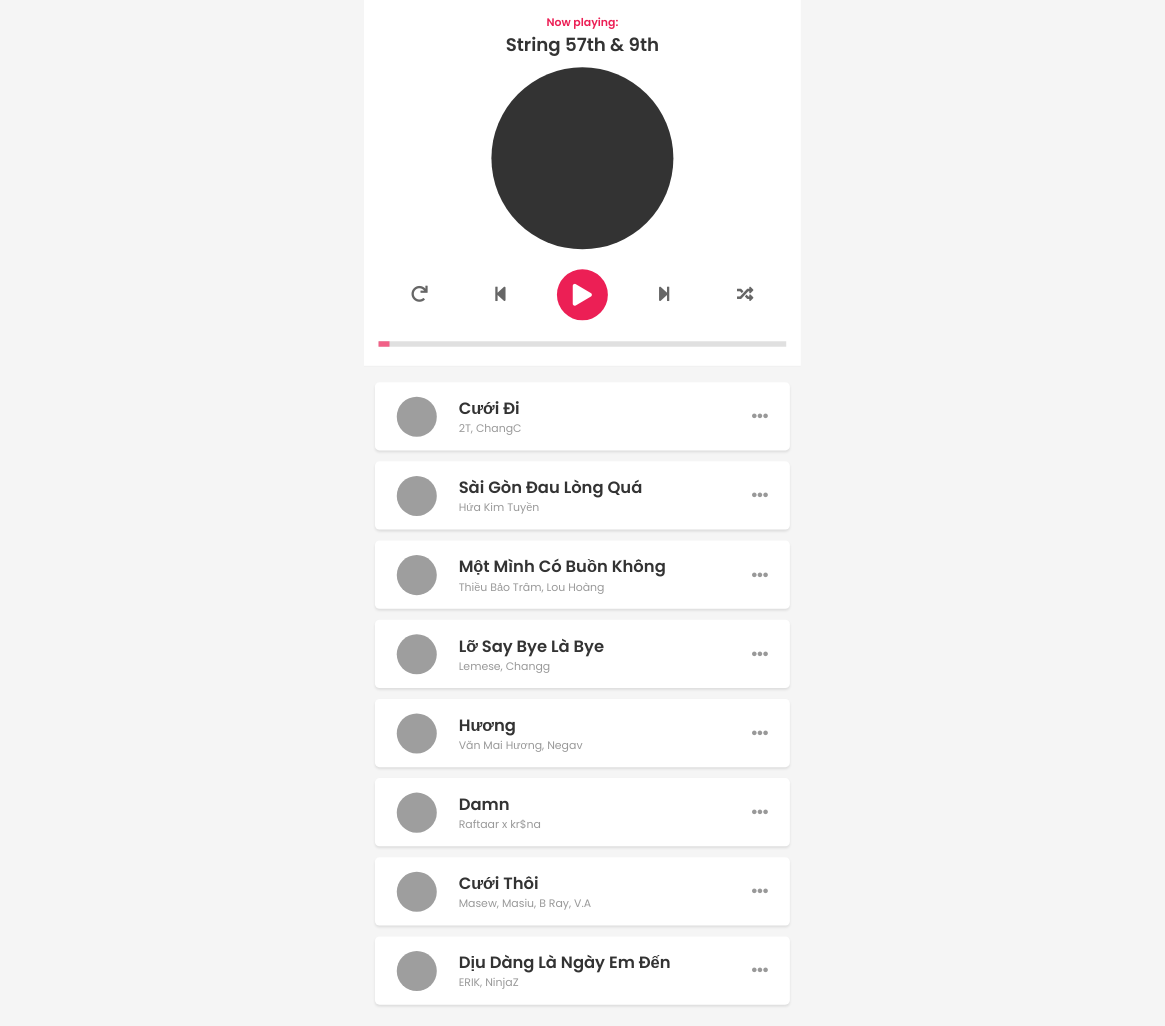
Repository: esplen74/Music
Page: music.html
These files come from the project's save history. The page is drawn as it stood at one moment and after the next save; the edit follows.
The browser window is 1280 px wide. The pictures show the whole page, at 91% of full size.
Pictures or frames that could not be fetched are drawn as grey boxes.

Above is the page before, as saved 2021-11-09 10:05:37.

### music.html
<!DOCTYPE html>
<html lang="en">
  <head>
    <meta charset="UTF-8" />
    <meta http-equiv="X-UA-Compatible" content="IE=edge" />
    <meta name="viewport" content="width=device-width, initial-scale=1.0" />
    <title>music</title>
    <link rel="stylesheet" href="music.css" />
  </head>
  <body>
    <meta name="viewport" content="width=device-width, initial-scale=1.0" />
    <title>Music player</title>
    <link
      rel="stylesheet"
      href="https://cdnjs.cloudflare.com/ajax/libs/font-awesome/5.15.2/css/all.min.css"
      integrity="sha512-HK5fgLBL+xu6dm/Ii3z4xhlSUyZgTT9tuc/hSrtw6uzJOvgRr2a9jyxxT1ely+B+xFAmJKVSTbpM/CuL7qxO8w=="
      crossorigin="anonymous"
    />
    <link rel="preconnect" href="https://fonts.gstatic.com" />
    <link
      href="https://fonts.googleapis.com/css2?family=Poppins:wght@300;400;600&display=swap"
      rel="stylesheet"
    />

    <div class="player">
      <!-- Dashboard -->
      <div class="dashboard">
        <!-- Header -->
        <header>
          <h4>Now playing:</h4>
          <h2>String 57th & 9th</h2>
        </header>

        <!-- CD -->
        <div class="cd">
          <div class="cd-thumb"></div>
        </div>

        <!-- Control -->
        <div class="control">
          <div class="btn btn-repeat">
            <i class="fas fa-redo"></i>
          </div>
          <div class="btn btn-prev">
            <i class="fas fa-step-backward"></i>
          </div>
          <div class="btn btn-toggle-play">
            <i class="fas fa-pause icon-pause"></i>
            <i class="fas fa-play icon-play"></i>
          </div>
          <div class="btn btn-next">
            <i class="fas fa-step-forward"></i>
          </div>
          <div class="btn btn-random">
            <i class="fas fa-random"></i>
          </div>
        </div>

        <input
          id="progress"
          class="progress"
          type="range"
          value="0"
          step="1"
          min="0"
          max="100"
        />

        <audio id="audio" src=""></audio>
      </div>

      <!-- Playlist -->
      <div class="playlist">

      </div>
    </div>

    <!-- Design from: https://static.collectui.com/shots/3671744/musicloud-revolutionary-app-for-music-streaming-large -->

    <script src="music.js"></script>
  </body>
</html>

### music.css
:root {
  --primary-color: #ec1f55;
  --text-color: #333;
}

* {
  padding: 0;
  margin: 0;
  box-sizing: inherit;
}

body {
  background-color: #f5f5f5;
}

html {
  box-sizing: border-box;
  font-family: "Poppins", sans-serif;
}

.player {
  position: relative;
  max-width: 480px;
  margin: 0 auto;
}

.player .icon-pause {
  display: none;
}

.player.playing .icon-pause {
  display: inline-block;
}

.player.playing .icon-play {
  display: none;
}

.dashboard {
  padding: 16px 16px 14px;
  background-color: #fff;
  position: fixed;
  top: 0;
  width: 100%;
  max-width: 480px;
  border-bottom: 1px solid #ebebeb;
}

/* HEADER */
header {
  text-align: center;
  margin-bottom: 10px;
}

header h4 {
  color: var(--primary-color);
  font-size: 12px;
}

header h2 {
  color: var(--text-color);
  font-size: 20px;
}

/* CD */
.cd {
  display: flex;
  margin: auto;
  width: 200px;
}

.cd-thumb {
  width: 100%;
  padding-top: 100%;
  border-radius: 50%;
  background-color: #333;
  background-size: cover;
  margin: auto;
}

/* CONTROL */
.control {
  display: flex;
  align-items: center;
  justify-content: space-around;
  padding: 18px 0 8px 0;
}

.control .btn {
  color: #666;
  padding: 18px;
  font-size: 18px;
}

.control .btn.active {
  color: var(--primary-color);
}

.control .btn-toggle-play {
  width: 56px;
  height: 56px;
  border-radius: 50%;
  font-size: 24px;
  color: #fff;
  display: flex;
  align-items: center;
  justify-content: center;
  background-color: var(--primary-color);
}

.progress {
  width: 100%;
  -webkit-appearance: none;
  height: 6px;
  background: #d3d3d3;
  outline: none;
  opacity: 0.7;
  -webkit-transition: 0.2s;
  transition: opacity 0.2s;
}

.progress::-webkit-slider-thumb {
  -webkit-appearance: none;
  appearance: none;
  width: 12px;
  height: 6px;
  background-color: var(--primary-color);
  cursor: pointer;
}

/* PLAYLIST */
.playlist {
  margin-top: 408px;
  padding: 12px;
}

.song {
  display: flex;
  align-items: center;
  margin-bottom: 12px;
  background-color: #fff;
  padding: 8px 16px;
  border-radius: 5px;
  box-shadow: 0 2px 3px rgba(0, 0, 0, 0.1);
}

.song.active {
  background-color: var(--primary-color);
}

.song:active {
  opacity: 0.8;
}

.song.active .option,
.song.active .author,
.song.active .title {
  color: #fff;
}

.song .thumb {
  width: 44px;
  height: 44px;
  border-radius: 50%;
  background-size: cover;
  margin: 0 8px;
}

.song .body {
  flex: 1;
  padding: 0 16px;
}

.song .title {
  font-size: 18px;
  color: var(--text-color);
}

.song .author {
  font-size: 12px;
  color: #999;
}

.song .option {
  padding: 16px 8px;
  color: #999;
  font-size: 18px;
}

### music.js
// 1. Render songs
// 2. Scroll top
// 3. play/ pause
// 4. Cd rotate
// 5.Next / Prev
// 6. Random
// 7. Next / repeat when enabe
// 8. Active song // render
// 9. Scroll active song into view
// 10. Play song when click

const $ = document.querySelector.bind(document);
const $$ = document.querySelectorAll.bind(document);
const cd = $(".cd");
const heading = $("header h2");
const cdThumb = $(".cd-thumb");
const audio = $("#audio");
const btnPlay = $(".btn-toggle-play");
const playlist = $(".playlist");
const player = $(".player");
const progress = $(".progress");
const btnNext = $(".btn-next");
const btnPrev = $(".btn-prev");
const btnRandom = $(".btn-random");
const btnRepeat = $(".btn-repeat");

const app = {
  currentIndex: 6,

  songs: [
    {
      name: "Cưới Đi",
      singer: "2T, ChangC",
      path: "./music/song1.mp3",
      image:
        "https://avatar-ex-swe.nixcdn.com/song/2020/08/27/8/e/c/f/1598516178659_500.jpg",
    },
    {
      name: "Sài Gòn Đau Lòng Quá",
      singer: " Hứa Kim Tuyền",
      path: "./music/song2.mp3",
      image:
        "https://avatar-ex-swe.nixcdn.com/song/2021/03/27/d/2/9/1/1616859493571_500.jpg",
    },
    {
      name: "Một Mình Có Buồn Không",
      singer: "Thiều Bảo Trâm, Lou Hoàng",
      path: "./music/song3.mp3",
      image:
        "https://avatar-ex-swe.nixcdn.com/song/2020/10/19/f/5/8/c/1603078556165_500.jpg",
    },
    {
      name: "Lỡ Say Bye Là Bye",
      singer: "Lemese, Changg",
      path: "./music/song4.mp3",
      image:
        "https://avatar-ex-swe.nixcdn.com/song/2021/01/21/5/c/9/9/1611199600529_500.jpg",
    },
    {
      name: "Hương",
      singer: "Văn Mai Hương, Negav",
      path: "./music/song5.mp3",
      image:
        "https://avatar-ex-swe.nixcdn.com/song/2021/01/22/9/f/2/1/1611280898757_500.jpg",
    },
    {
      name: "Damn",
      singer: "Raftaar x kr$na",
      path: "./music/song6.mp3",
      image:
        "https://th.bing.com/th/id/OIP.iBnWFBIXKLuFs9xHKn65qgHaN4?w=182&h=342&c=7&r=0&o=5&dpr=1.25&pid=1.7",
    },
    {
      name: "Cưới Thôi",
      singer: " Masew, Masiu, B Ray, V.A",
      path: "./music/song7.mp3",
      image:
        "https://avatar-ex-swe.nixcdn.com/song/2021/09/09/f/c/f/d/1631181753902_500.jpg",
    },
    {
      name: "Dịu Dàng Là Ngày Em Đến",
      singer: " ERIK, NinjaZ",
      path: "./music/song8.mp3",
      image:
        "https://avatar-ex-swe.nixcdn.com/song/2021/08/30/2/1/a/e/1630307726211_500.jpg",
    },
  ],
  // render bài hát
  render : function() {
    const htmls = this.songs.map((song, index) => {
      return `
      <div class="song">
          <div class="thumb"
              style="background-image:url('${song.image}')">
          </div>
          <div class="body">
              <h3 class="title">${song.name}</h3>
              <p class="author">${song.singer}</p>
          </div>
          <div class="option">
              <i class="fas fa-ellipsis-h"></i>
          </div>
      </div>
      `;
    });
    playlist.innerHTML = htmls.join("");
  },
  handleEvent: function() {
    // Thu nhỏ cd
    window.onscroll = function() {
      console.log(window.scrollY,document.documentElement.scrollTop)
    }
  },
  start: function() {
    this.handleEvent();
    this.render();

  }
}
app.start();

After the next save:
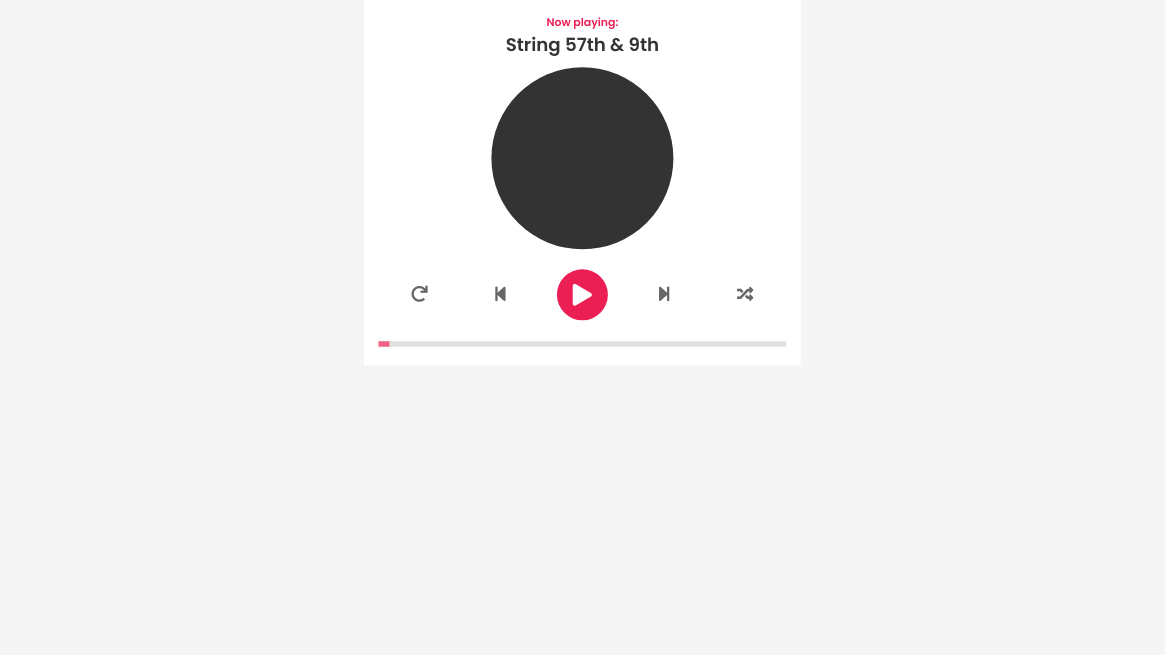
Console error: SyntaxError: Unexpected token '('
Saved 16 s later.
--- a/music.js
+++ b/music.js
@@ -108,7 +108,7 @@
   handleEvent: function() {
     // Thu nhỏ cd
     window.onscroll = function() {
-      console.log(window.scrollY,document.documentElement.scrollTop)
+     const (window.scrollY,document.documentElement.scrollTop)
     }
   },
   start: function() {

After the 5 saves that followed:
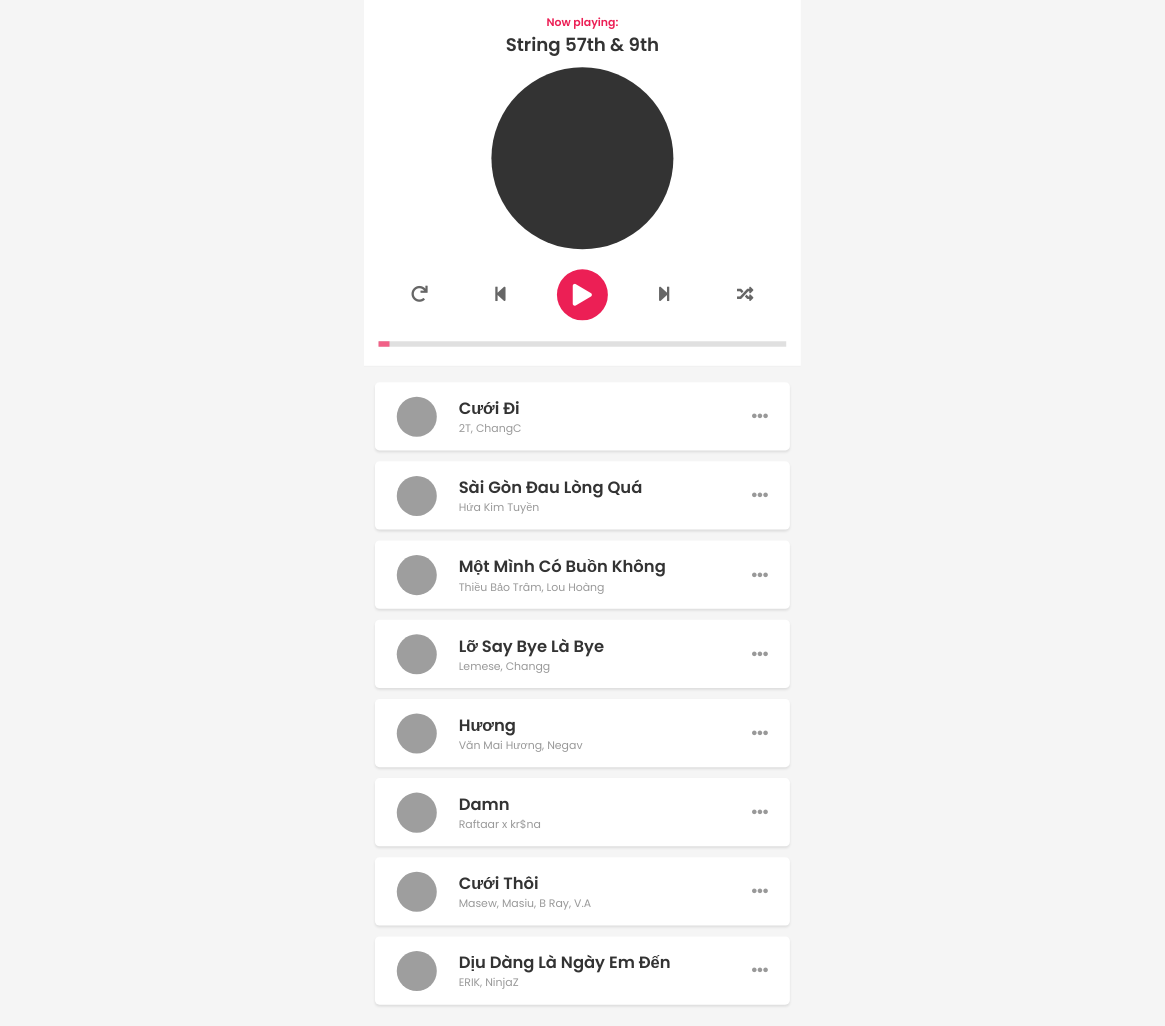
The error is gone.
The 5 saves are shown as one change because 1 left the picture as it was and some came seconds apart.
The last was saved 23 s later.
--- a/music.js
+++ b/music.js
@@ -108,7 +108,8 @@
   handleEvent: function() {
     // Thu nhỏ cd
     window.onscroll = function() {
-     const (window.scrollY,document.documentElement.scrollTop)
+     const crollTop = window.scrollY || document.documentElement.scrollTop;
+
     }
   },
   start: function() {
